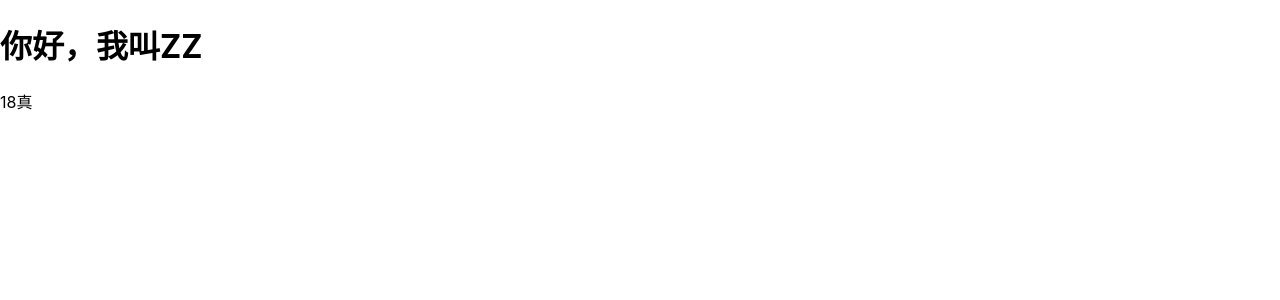
Repository: 11111111-T/React
Page: /
An editor plug-in stored every save of this project. The page is shown before and after the next save, followed by the edit.
The browser window is 1280 px wide. The pictures show the whole page.
The project was rebuilt for these pictures with package versions that can differ from the ones it lists, and the page was loaded fresh each time.

Above is the page before, as saved 2022-09-20 14:43:49.

After the next save:
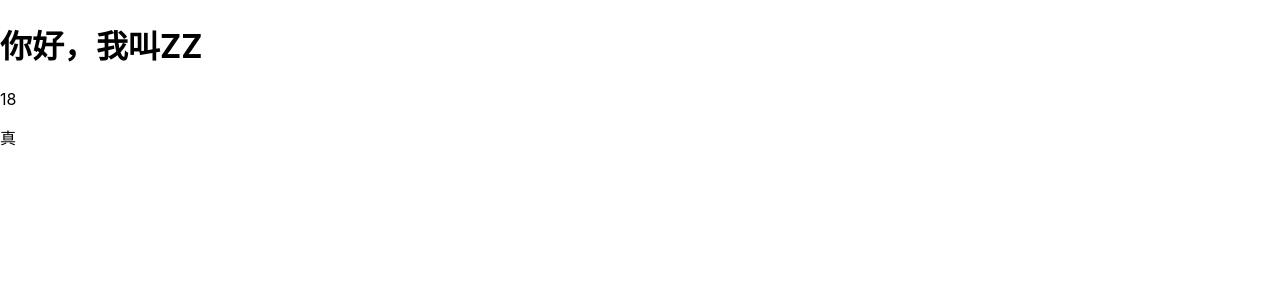
Saved 22 s later.
--- a/src/App.js
+++ b/src/App.js
@@ -14,7 +14,7 @@ function App() {
     <div className="App">
       <h1>你好，我叫{name}</h1>
       {age()}
-      {flag ? "真" : "假"}
+    <p>{flag ? "真" : "假"}</p>
       {/* <header className="App-header">
         <img src={logo} className="App-logo" alt="logo" />
         <p>
